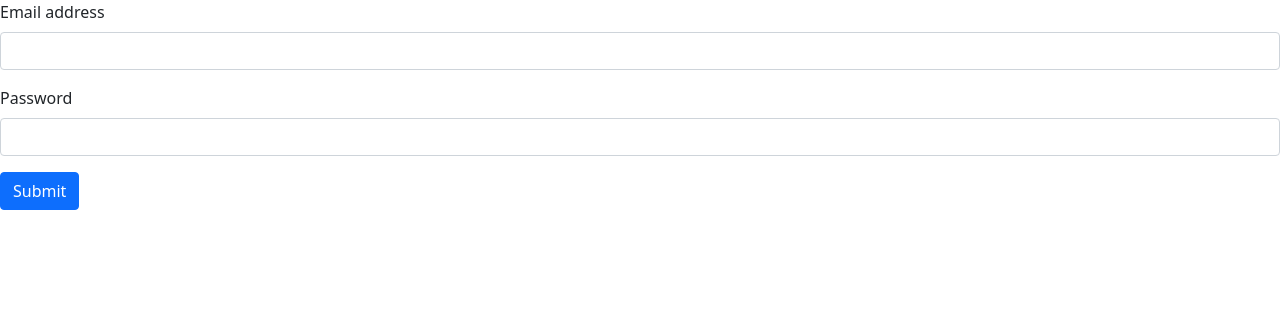
Repository: 2001Yogi/JavaWebAssignment
Page: http://localhost/StudentInformation/
These files come from the project's save history. The page is drawn as it stood at one moment and after the next save; the edit follows.
The browser window is 1280 px wide. The pictures show the whole page.
The page is served by Tomcat 9.

Above is the page before, as saved 2024-09-17 12:47:31.

### StudentInformation/src/main/webapp/index.jsp
<%@ page language="java" contentType="text/html; charset=ISO-8859-1"
	pageEncoding="ISO-8859-1"%>
<!DOCTYPE html>
<html>
<head>
<meta charset="ISO-8859-1">
<link
	href="https://cdn.jsdelivr.net/npm/bootstrap@5.0.2/dist/css/bootstrap.min.css"
	rel="stylesheet"
	integrity="sha384-EVSTQN3/azprG1Anm3QDgpJLIm9Nao0Yz1ztcQTwFspd3yD65VohhpuuCOmLASjC"
	crossorigin="anonymous">
<script
	src="https://cdn.jsdelivr.net/npm/bootstrap@5.0.2/dist/js/bootstrap.bundle.min.js"
	integrity="sha384-MrcW6ZMFYlzcLA8Nl+NtUVF0sA7MsXsP1UyJoMp4YLEuNSfAP+JcXn/tWtIaxVXM"
	crossorigin="anonymous"></script>
<script
	src="https://cdn.jsdelivr.net/npm/@popperjs/core@2.9.2/dist/umd/popper.min.js"
	integrity="sha384-IQsoLXl5PILFhosVNubq5LC7Qb9DXgDA9i+tQ8Zj3iwWAwPtgFTxbJ8NT4GN1R8p"
	crossorigin="anonymous"></script>
<script
	src="https://cdn.jsdelivr.net/npm/bootstrap@5.0.2/dist/js/bootstrap.min.js"
	integrity="sha384-cVKIPhGWiC2Al4u+LWgxfKTRIcfu0JTxR+EQDz/bgldoEyl4H0zUF0QKbrJ0EcQF"
	crossorigin="anonymous"></script>
<title>Student Form</title>
</head>
<body>
	<form>
		<div class="mb-3">
			<label for="exampleInputEmail1" class="form-label">Email
				address</label> <input type="email" class="form-control"
				id="exampleInputEmail1" aria-describedby="emailHelp">
		</div>
		<div class="mb-3">
			<label for="exampleInputPassword1" class="form-label">Password</label>
			<input type="password" class="form-control"
				id="exampleInputPassword1">
		</div>
		<button type="submit" class="btn btn-primary">Submit</button>
	</form>
</body>
</html>

After the next save:
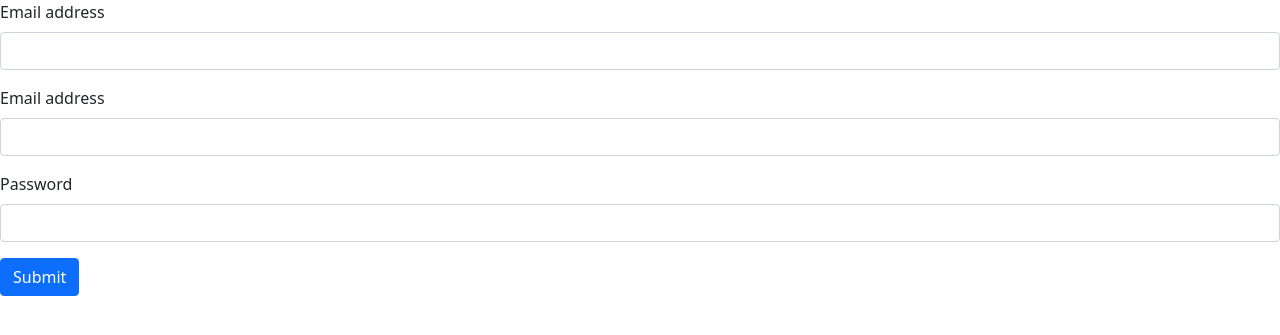
Saved 56 s later.
--- a/StudentInformation/src/main/webapp/index.jsp
+++ b/StudentInformation/src/main/webapp/index.jsp
@@ -31,6 +31,11 @@
 				id="exampleInputEmail1" aria-describedby="emailHelp">
 		</div>
 		<div class="mb-3">
+			<label for="exampleInputEmail1" class="form-label">Email
+				address</label> <input type="email" class="form-control"
+				id="exampleInputEmail1" aria-describedby="emailHelp">
+		</div>
+		<div class="mb-3">
 			<label for="exampleInputPassword1" class="form-label">Password</label>
 			<input type="password" class="form-control"
 				id="exampleInputPassword1">
